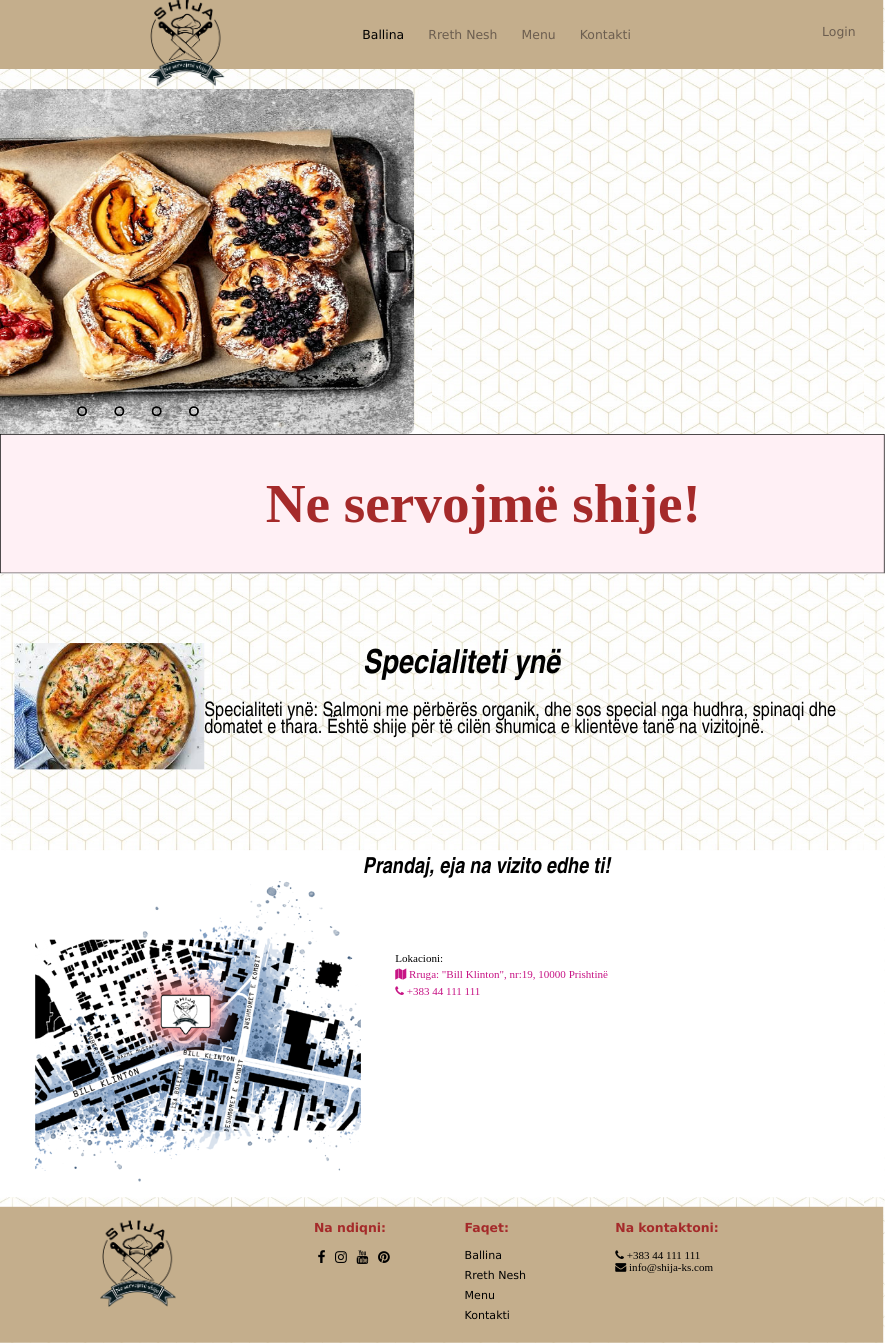
Repository: bs47892/ProjektiWeb-Shija2020
Page: shija.html
These files come from the project's save history. The page is drawn as it stood at one moment and after the next save; the edit follows.
The browser window is 1280 px wide. The page is 1282 px wide, so the pictures cover 1282 px, including what lies to the right of the window. The pictures show the whole page, at 69% of full size.

Above is the page before, as saved 2021-02-11 23:01:58.

After the next save:
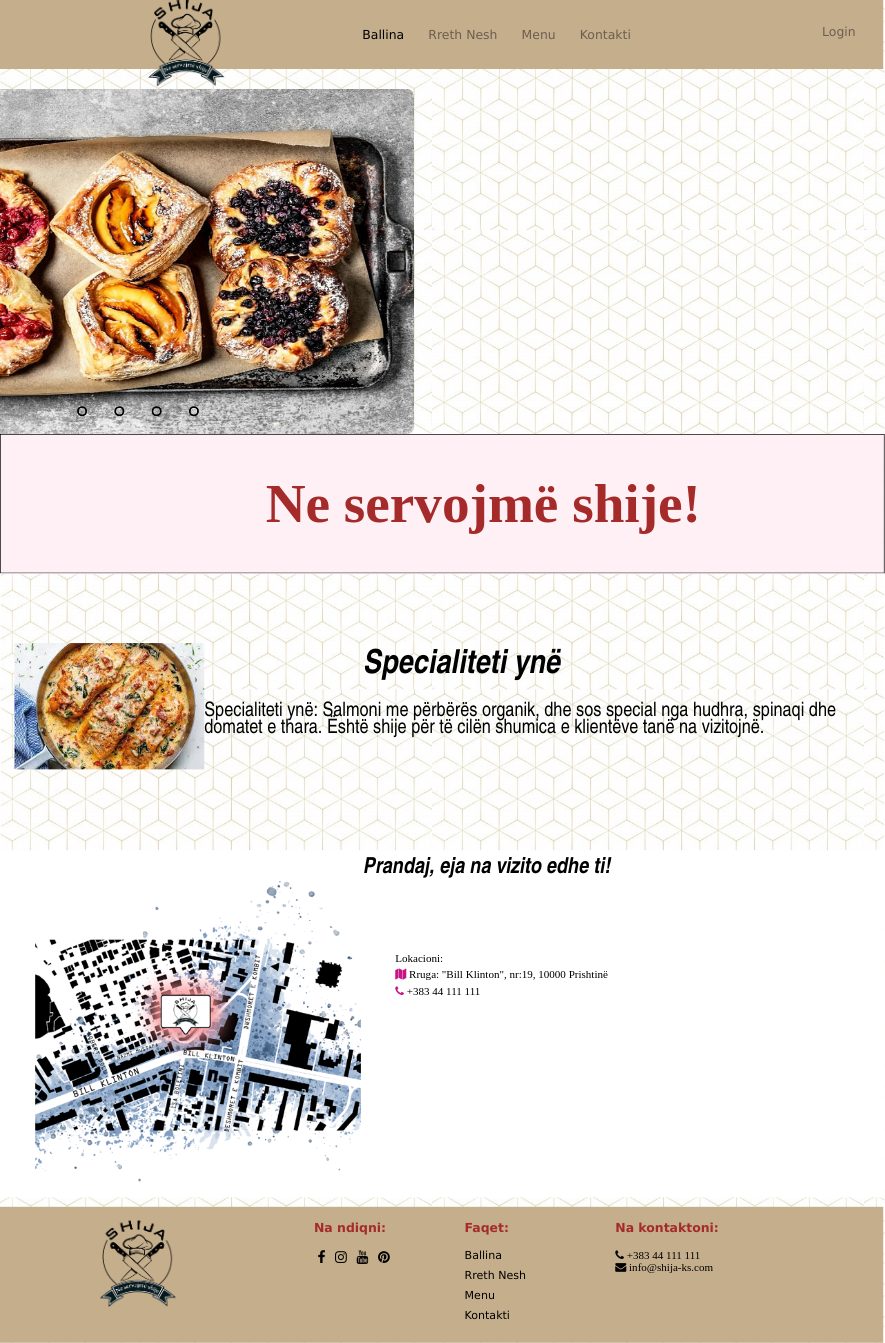
Saved 37 s later.
--- a/shija.html
+++ b/shija.html
@@ -92,8 +92,8 @@ setInterval(function(){
     <h1>Prandaj, eja na vizito edhe ti!</h1>
     <img src="images/Untitled-1.png">
     <p>Lokacioni:
-     <br><i class="fa fa-map"> Rruga: "Bill Klinton", nr:19, 10000 Prishtinë</i>
-      <br><i class="fa fa-phone"> +383 44 111 111</i>
+     <br><i class="fa fa-map"></i> Rruga: "Bill Klinton", nr:19, 10000 Prishtinë
+      <br><i class="fa fa-phone"></i> +383 44 111 111
     </p>
 
 </div>
